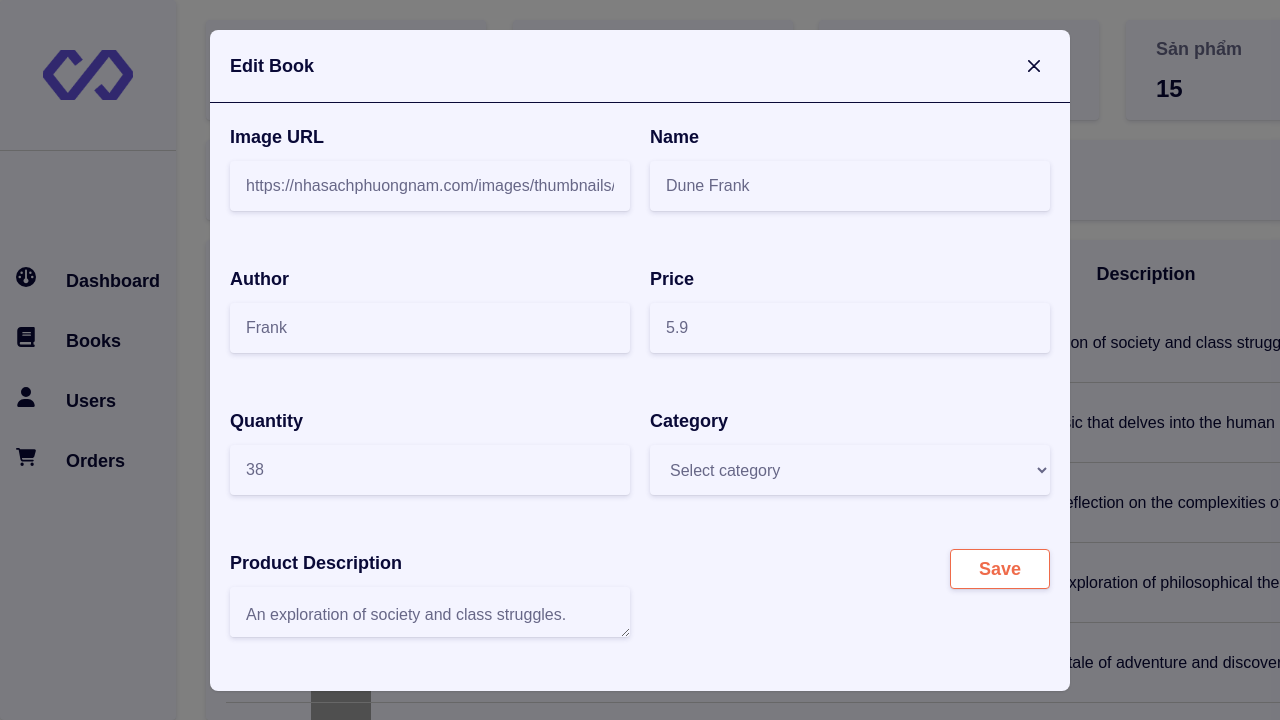
Repository: kauittt/BookStore_FE
Page: / (app in book-store/), after clicking the first element matching `svg.fa-pen`
These files come from the project's save history. The page is drawn as it stood at one moment and after the next save; the edit follows.
The browser window is 1280 px wide. The pictures show the whole page.
Pictures or frames that could not be fetched are drawn as grey boxes. An inner scrolling area shows only its first screen. The project was rebuilt for these pictures with package versions that can differ from the ones it lists, and the page was loaded fresh each time. Also part of the build but not shown: book-store/vite.config.js, book-store/src/components/login-signup/Login.jsx, book-store/src/components/book/BookItem.jsx, book-store/src/components/book/BookList.jsx, book-store/src/components/elements/BackNavigation.jsx, book-store/src/components/book/BookDetail.jsx, book-store/src/components/cart/QuantitySelector.jsx, book-store/src/components/cart/CartItem.jsx and 3 more.

Above is the page before, as saved 2024-07-20 13:44:59.

### book-store/src/index.css
@tailwind base;

* {
    scrollbar-width: thin;
}

@tailwind components;
@tailwind utilities;

.container {
    width: 100%;
}
@media (min-width: 640px) {
    .container {
        max-width: 640px;
    }
}
@media (min-width: 768px) {
    .container {
        max-width: 768px;
    }
    @media (min-width: 1024px) {
        .container {
            max-width: 1024px;
        }
    }
    @media (min-width: 1280px) {
        .container {
            max-width: 1280px;
        }
    }
    @media (min-width: 1400px) {
        .container,
        .container-lg,
        .container-md,
        .container-sm,
        .container-xl,
        .container-xxl {
            max-width: 1320px;
        }
    }
}

### book-store/src/components/admin/AdminNav.jsx
import PropTypes from "prop-types";
import { FontAwesomeIcon } from "@fortawesome/react-fontawesome";
import {
    faCartShopping,
    faUser,
    faBook,
    faGauge,
} from "@fortawesome/free-solid-svg-icons";

const AdminNav = () => {
    return (
        <div
            className="flex flex-col  gap-[100px]
            font-semibold text-lg  w-[260px]
            bg-bgr-main shadow-custom rounded"
        >
            <div
                className="w-full flex justify-center mt-[50px] pb-[50px]
            border-b border-border"
            >
                <img
                    src="./image/Logo.png"
                    alt="Logo"
                    className="w-[90px] h-[50px]  object-cover"
                />
            </div>

            <div>
                <div
                    className="p-[16px]
            transition-all duration-200 ease-in-out
            group hover:bg-bgr-white hover:shadow-custom rounded
            cursor-pointer"
                >
                    <p className="flex gap-[10px]">
                        <FontAwesomeIcon
                            className="mr-[20px] w-[20px] h-[20px]"
                            icon={faGauge}
                        />
                        Dashboard
                    </p>
                </div>
                <div
                    className="p-[16px]
            transition-all duration-200 ease-in-out
            group hover:bg-bgr-white hover:shadow-custom rounded
            cursor-pointer"
                >
                    <p className="flex gap-[10px]">
                        <FontAwesomeIcon
                            className="mr-[20px] w-[20px] h-[20px]"
                            icon={faBook}
                        />
                        Books
                    </p>
                </div>
                <div
                    className="p-[16px]
            transition-all duration-200 ease-in-out
            group hover:bg-bgr-white hover:shadow-custom rounded
            cursor-pointer"
                >
                    <p className="flex gap-[10px]">
                        <FontAwesomeIcon
                            className="mr-[20px]  w-[20px] h-[20px]"
                            icon={faUser}
                        />
                        Users
                    </p>
                </div>
                <div
                    className="p-[16px]
            transition-all duration-200 ease-in-out
            group hover:bg-bgr-white hover:shadow-custom rounded
            cursor-pointer"
                >
                    <p className="flex gap-[10px]">
                        <FontAwesomeIcon
                            className="mr-[20px] w-[20px] h-[20px]"
                            icon={faCartShopping}
                        />
                        Orders
                    </p>
                </div>
            </div>
        </div>
    );
};

AdminNav.propTypes = {
    book: PropTypes.object,
};
export default AdminNav;

### book-store/src/components/admin/ManageList.jsx
import React from "react";
import PropTypes from "prop-types";
import { FontAwesomeIcon } from "@fortawesome/react-fontawesome";
import {
    faCartShopping,
    faUser,
    faBook,
    faGauge,
} from "@fortawesome/free-solid-svg-icons";
import ManageItem from "./ManageItem";
import FormButton from "./../elements/FormButton";
const ManageList = (props) => {
    console.log(window.innerHeight);
    const category = [
        {
            group: "Order",
            fields: [
                { name: "Serial", width: "50px" },
                { name: "Customer Name", width: "150px" },
                { name: "Book Title", width: "150px" },
                { name: "Quantity", width: "100px" },
                { name: "Price", width: "100px" },
                { name: "Phone Number", width: "100px" },
                { name: "Address", flex: "1" }, // Use flex for flexible widths
            ],
        },
        {
            group: "Book",
            fields: [
                { name: "Serial", style: "w-[60px] text-center" },
                { name: "Image", style: "w-[80px] text-center" },
                { name: "Book Title", style: "w-[250px] text-center" },
                { name: "Category", style: "w-[100px] text-center" },
                { name: "Stock", style: "w-[60px] text-center" },
                { name: "Price", style: "w-[60px] text-center" },
                { name: "Description", style: "flex-1 text-center" },
            ],
        },
        {
            group: "User",
            fields: [
                { name: "Serial", width: "50px" },
                { name: "Username", width: "150px" },
                { name: "Name", width: "200px" },
                { name: "Role", width: "100px" },
                { name: "Email", width: "200px" },
                { name: "Phone Number", width: "150px" },
                { name: "Address", flex: "1" },
            ],
        },
    ];

    return (
        //* Danh sách sản phẩm
        <div
            className="max-w-[1200px] w-[1200px] p-[20px] pr-[40px]
        flex flex-col gap-[15px] bg-bgr-main shadow-custom rounded
        overflow-y-auto"
        >
            {/*//* Category */}
            <div
                className="flex justify-between items-center gap-[15px]
            font-semibold text-lg"
            >
                {category[1].fields.map((field, index) => (
                    <p key={index} className={`${field.style} `}>
                        {field.name}
                    </p>
                ))}
            </div>

            {/*//* List Item */}
            <div className="flex flex-col max-h-full ">
                {props.books.map((book, index) => (
                    <ManageItem
                        data={book}
                        category={category[1].fields}
                        key={index}
                        index={index}
                    ></ManageItem>
                ))}
            </div>

            {/* <div className="flex justify-end">
                <FormButton name="Checkout"></FormButton>
            </div> */}
        </div>
    );
};
ManageList.propTypes = {
    books: PropTypes.array,
};
export default ManageList;

### book-store/src/components/admin/AdminPage.jsx
import React from "react";
import PropTypes from "prop-types";
import ManageList from "./ManageList";
import AdminNav from "./AdminNav";
import Card from "./../elements/Card";
import ManageTitle from "./ManageTitle";
import { FontAwesomeIcon } from "@fortawesome/react-fontawesome";
import {
    faCircleUser,
    faCartShopping,
    faHandHoldingDollar,
    faList,
} from "@fortawesome/free-solid-svg-icons";

const AdminPage = (props) => {
    return (
        <div
            className="flex gap-[30px] justify-between
        max-h-screen overflow-hidden
        "
        >
            {/*//* Left  */}
            <AdminNav></AdminNav>

            {/*//* Right  */}
            <div className="flex flex-col gap-[20px] pt-[20px] pr-[20px]">
                {/*//* Cards  */}
                <div className="flex justify-between items-center ">
                    <Card name="Sản phẩm" quantity={15} icon={faList}></Card>
                    <Card name="Sản phẩm" quantity={15} icon={faList}></Card>
                    <Card name="Sản phẩm" quantity={15} icon={faList}></Card>
                    <Card name="Sản phẩm" quantity={15} icon={faList}></Card>
                </div>

                {/*//* Title  */}
                <ManageTitle
                    name="Quản lý khách hàng"
                    button="Add User"
                ></ManageTitle>

                {/*//* List  */}
                <ManageList books={props.books}></ManageList>
            </div>
        </div>
    );
};

AdminPage.propTypes = {
    books: PropTypes.array,
};
export default AdminPage;

### book-store/src/components/elements/Card.jsx
import React from "react";
import PropTypes from "prop-types";
import { FontAwesomeIcon } from "@fortawesome/react-fontawesome";
import {
    faCircleUser,
    faCartShopping,
    faHandHoldingDollar,
    faList,
} from "@fortawesome/free-solid-svg-icons";
const Card = (props) => {
    return (
        <div
            className="flex items-center justify-between
            w-[280px] h-[100px] bg-bgr-main p-[30px]
        rounded shadow-custom"
        >
            <div className="flex flex-col gap-[10px]">
                <p className="text-lg text-text-light font-semibold">
                    {props.name}
                </p>
                <p className="text-2xl font-semibold">{props.quantity}</p>
            </div>
            <FontAwesomeIcon
                className="p-[17px] rounded-full
             bg-bgr-color text-text-white"
                icon={props.icon}
            />
            {/* <FontAwesomeIcon icon={faCartShopping} />
            <FontAwesomeIcon icon={faHandHoldingDollar} />
            <FontAwesomeIcon icon={faCircleUser} /> */}
        </div>
    );
};

Card.propTypes = {
    name: PropTypes.string,
    quantity: PropTypes.number,
    icon: PropTypes.object,
    color: PropTypes.string,
};
export default Card;

### book-store/src/components/elements/FormButton.jsx
import PropTypes from "prop-types";

const FormButton = ({
    name = "Button",
    main = true,
    type = "button",
    disabled = false,
    ...props
}) => {
    return (
        <button
            type={type}
            disabled={disabled}
            className={`m-w-[100px] w-[100px] m-h-[40px] h-[40px] leading-[40px]
            rounded text-lg font-semibold
            flex items-center justify-center
            cursor-pointer shadow-custom
            transition-all duration-200 ease-in-out
            bg-bgr-white
            ${main ? "bg-bgr-white" : "bg-bgr-white"}
            ${main ? "text-text-color" : "text-bgr-color"}
            ${
                main
                    ? "border border-text-color hover:bg-text-color hover:text-text-white"
                    : "border border-bgr-color hover:bg-bgr-color hover:text-text-white"
            }
            `}
            {...props}
        >
            {name}
        </button>
    );
};

FormButton.propTypes = {
    main: PropTypes.bool,
    name: PropTypes.string.isRequired,
    type: PropTypes.string,
    disabled: PropTypes.bool,
};

export default FormButton;

### book-store/src/components/elements/FormInput.jsx
import { Field, useField } from "formik";
import PropTypes from "prop-types";

const FormInput = ({ label, type = "text", ...props }) => {
    const [field, meta] = useField(props);

    return (
        <div className="flex flex-col gap-[10px] w-[400px]">
            <label
                className="font-semibold text-lg"
                htmlFor={props.id || props.name}
            >
                {label}
            </label>
            <Field
                autoComplete="off"
                className="bg-bgr-main p-4 h-[50px] rounded
                    text-text-light
                    shadow-custom
                    focus:outline-none focus:ring-2 focus:ring-text-color"
                {...field}
                {...props}
                type={type}
            />
            <div className="h-[24px]">
                {meta.touched && meta.error ? (
                    <div className="text-text-error font-medium">
                        {meta.error}
                    </div>
                ) : null}
            </div>
        </div>
    );
};

FormInput.propTypes = {
    label: PropTypes.string.isRequired,
    id: PropTypes.string,
    name: PropTypes.string.isRequired,
    placeholder: PropTypes.string,
    type: PropTypes.string,
};

export default FormInput;

### book-store/src/components/admin/ManageItem.jsx
import PropTypes from "prop-types";
import { FontAwesomeIcon } from "@fortawesome/react-fontawesome";
import { faPen } from "@fortawesome/free-solid-svg-icons";
import { useState } from "react";
import Modal from "../elements/Modal";

const ManageItem = (props) => {
    // STT | Tên khách | Tên sách | Số lượng | Giá     | Phone | Address
    // STT | Hình      | Tên sách | Danh mục | Tồn kho | Giá   | Mô tả
    // STT | Username  | Name     | Role     | Email   | Phone | Address

    const isImage = props.data.image ? true : false;

    //* Handle model
    const [showModal, setShowModal] = useState(false);
    const [currentData, setCurrentData] = useState({});

    const handleEditClick = () => {
        setCurrentData(props.data);
        setShowModal(true);
    };

    const handleSave = (updatedData) => {
        console.log("Updated data:", updatedData);
        // Add logic to update the data in the parent component or backend
    };

    return (
        <div
            className="flex justify-between  items-center
                gap-[15px] min-h-[80px] h-[80px] relative
                border-b border-border"
        >
            <p
                className={`${props.category[0].style} font-semibold text-text-color`}
            >
                {props.index + 1}
            </p>

            {isImage ? (
                <div
                    className={`${props.category[1].style} h-full
                flex items-center justify-center`}
                >
                    <img
                        className="w-[60px] h-full object-cover"
                        src={props.data.image}
                        alt="Image"
                    />
                </div>
            ) : (
                <p className={`${props.category[1].style} `}>Tăng Khải Minh</p>
            )}

            <p className={`${props.category[2].style} `}>
                {props.data.name + " - " + props.data.author}
            </p>

            <p className={`${props.category[3].style} `}>Danh mục</p>

            <p className={`${props.category[4].style} `}>
                {props.data.quantity}
            </p>

            <p className={`${props.category[5].style} `}>{props.data.price}$</p>

            <p className={`${props.category[6].style} `}>
                {props.data.description}
            </p>

            <FontAwesomeIcon
                className="absolute right-[-38px] p-[10px] rounded cursor-pointer
                text-bgr-color
                transition-all duration-200 ease-in-out
                hover:bg-bgr-color hover:text-text-white  "
                icon={faPen}
                onClick={handleEditClick}
            />

            {showModal && (
                <Modal
                    onClose={() => setShowModal(false)}
                    data={currentData}
                    onSave={handleSave}
                />
            )}
        </div>
    );
};
ManageItem.propTypes = {
    data: PropTypes.object,
    category: PropTypes.array,
    index: PropTypes.number,
};
export default ManageItem;

### book-store/src/components/admin/ManageTitle.jsx
import React from "react";
import PropTypes from "prop-types";
import FormButton from "./../elements/FormButton";

const ManageTitle = (props) => {
    return (
        <div
            className="flex justify-between items-center
        h-[80px] bg-bgr-main p-[20px]
            rounded shadow-custom"
        >
            <p className="font-semibold text-lg">{props.name}</p>
            <FormButton name={props.button}></FormButton>
        </div>
    );
};

ManageTitle.propTypes = {
    name: PropTypes.string,
    button: PropTypes.string,
};

export default ManageTitle;

### book-store/src/components/elements/Modal.jsx
import { useEffect } from "react";
import PropTypes from "prop-types";
import { Formik, Form } from "formik";
import * as Yup from "yup";
import FormInput from "./FormInput";
import FormButton from "./FormButton";

const Modal = ({ onClose, data, onSave }) => {
    const validationSchema = Yup.object({
        image: Yup.string().required("Required"),
        name: Yup.string().required("Required"),
        author: Yup.string().required("Required"),
        price: Yup.number().required("Required").positive("Must be positive"),
        quantity: Yup.number()
            .required("Required")
            .positive("Must be positive"),
        category: Yup.string().required("Required"),
        description: Yup.string().required("Required"),
    });

    // useEffect(() => {
    //     formik.setValues(data);
    // }, [data]);

    return (
        <div
            id="crud-modal"
            className="fixed inset-0 bg-[#000] bg-opacity-50 flex justify-center items-center z-50"
        >
            <div className="relative p-[20px] w-[900px] max-h-full">
                <div className="relative bg-bgr-main rounded-lg shadow dark:bg-gray-700">
                    <div className="flex items-center justify-between p-4 md:p-5 border-b rounded-t dark:border-gray-600">
                        <h3 className="text-lg font-semibold text-gray-900 dark:text-white">
                            Edit Book
                        </h3>
                        <button
                            type="button"
                            className="text-gray-400 bg-transparent hover:bg-gray-200 hover:text-gray-900 rounded-lg text-sm w-8 h-8 ms-auto inline-flex justify-center items-center dark:hover:bg-gray-600 dark:hover:text-white"
                            onClick={onClose}
                        >
                            <svg
                                className="w-3 h-3"
                                aria-hidden="true"
                                xmlns="http://www.w3.org/2000/svg"
                                fill="none"
                                viewBox="0 0 14 14"
                            >
                                <path
                                    stroke="currentColor"
                                    strokeLinecap="round"
                                    strokeLinejoin="round"
                                    strokeWidth="2"
                                    d="m1 1 6 6m0 0 6 6M7 7l6-6M7 7l-6 6"
                                />
                            </svg>
                            <span className="sr-only">Close modal</span>
                        </button>
                    </div>
                    <Formik
                        initialValues={data}
                        validationSchema={validationSchema}
                        onSubmit={(values, actions) => {
                            onSave(values);
                            onClose();
                            actions.setSubmitting(false);
                        }}
                    >
                        {({ isSubmitting }) => (
                            <Form className="p-4 md:p-5 grid grid-cols-2 gap-[20px]">
                                <FormInput
                                    label="Image URL"
                                    id="image"
                                    name="image"
                                    placeholder="Enter image URL"
                                />
                                <FormInput
                                    label="Name"
                                    id="name"
                                    name="name"
                                    placeholder="Type product name"
                                />
                                <FormInput
                                    label="Author"
                                    id="author"
                                    name="author"
                                    placeholder="Enter author's name"
                                />
                                <FormInput
                                    label="Price"
                                    id="price"
                                    name="price"
                                    placeholder="Enter price"
                                    type="number"
                                />
                                <FormInput
                                    label="Quantity"
                                    id="quantity"
                                    name="quantity"
                                    placeholder="Enter quantity"
                                    type="number"
                                />
                                <FormInput
                                    label="Category"
                                    id="category"
                                    name="category"
                                    as="select"
                                >
                                    <option value="">Select category</option>
                                    <option value="TV">TV/Monitors</option>
                                    <option value="PC">PC</option>
                                    <option value="GA">Gaming/Console</option>
                                    <option value="PH">Phones</option>
                                </FormInput>
                                <FormInput
                                    label="Product Description"
                                    id="description"
                                    name="description"
                                    placeholder="Write product description here"
                                    as="textarea"
                                    rows="4"
                                />
                                <div className="flex gap-[10px] justify-end">
                                    <FormButton
                                        name="Save"
                                        type="submit"
                                        disabled={isSubmitting}
                                        main={false}
                                    />
                                </div>
                            </Form>
                        )}
                    </Formik>
                </div>
            </div>
        </div>
    );
};

Modal.propTypes = {
    onClose: PropTypes.func.isRequired,
    data: PropTypes.object.isRequired,
    onSave: PropTypes.func.isRequired,
};

export default Modal;

Loaded but not shown: book-store/index.html (common file); book-store/src/main.jsx (common file); book-store/tailwind.config.js (34 lines, source omitted); book-store/src/App.jsx (146 lines, source omitted)

After the next save:
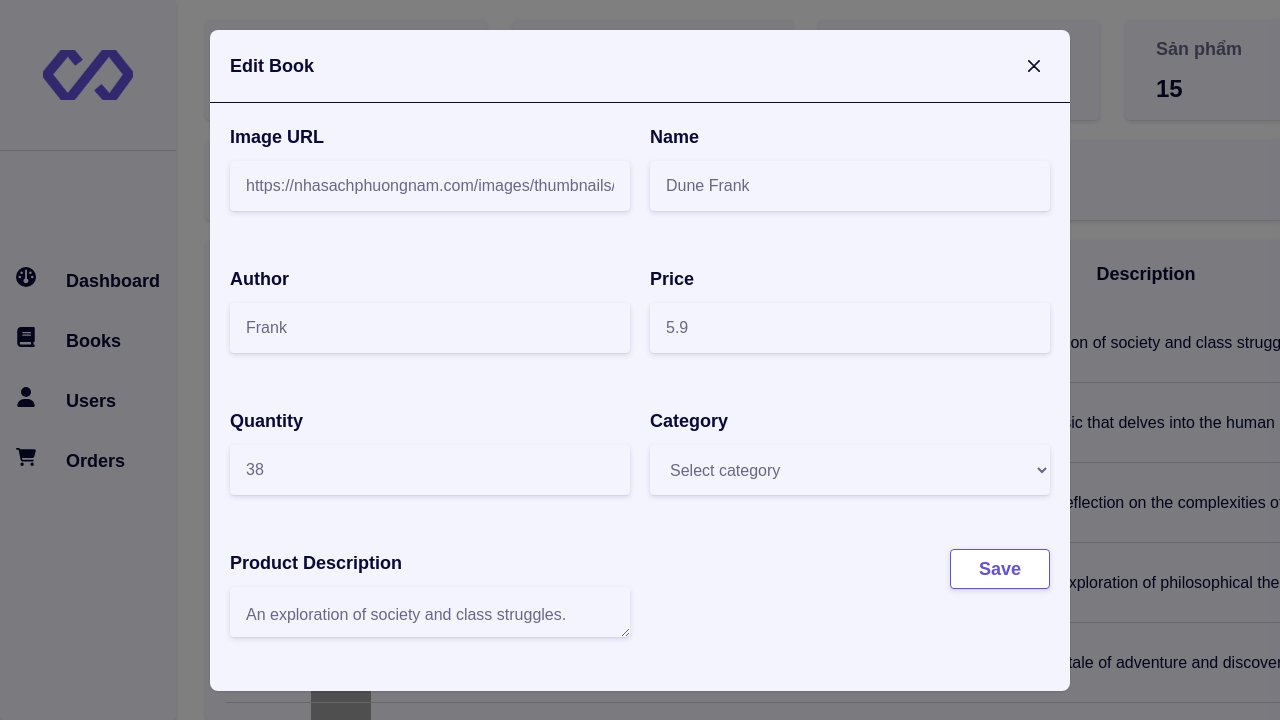
Saved 12 s later.
--- a/book-store/src/components/elements/Modal.jsx
+++ b/book-store/src/components/elements/Modal.jsx
@@ -124,7 +124,7 @@ const Modal = ({ onClose, data, onSave }) => {
                                         name="Save"
                                         type="submit"
                                         disabled={isSubmitting}
-                                        main={false}
+                                        // main={false}
                                     />
                                 </div>
                             </Form>
